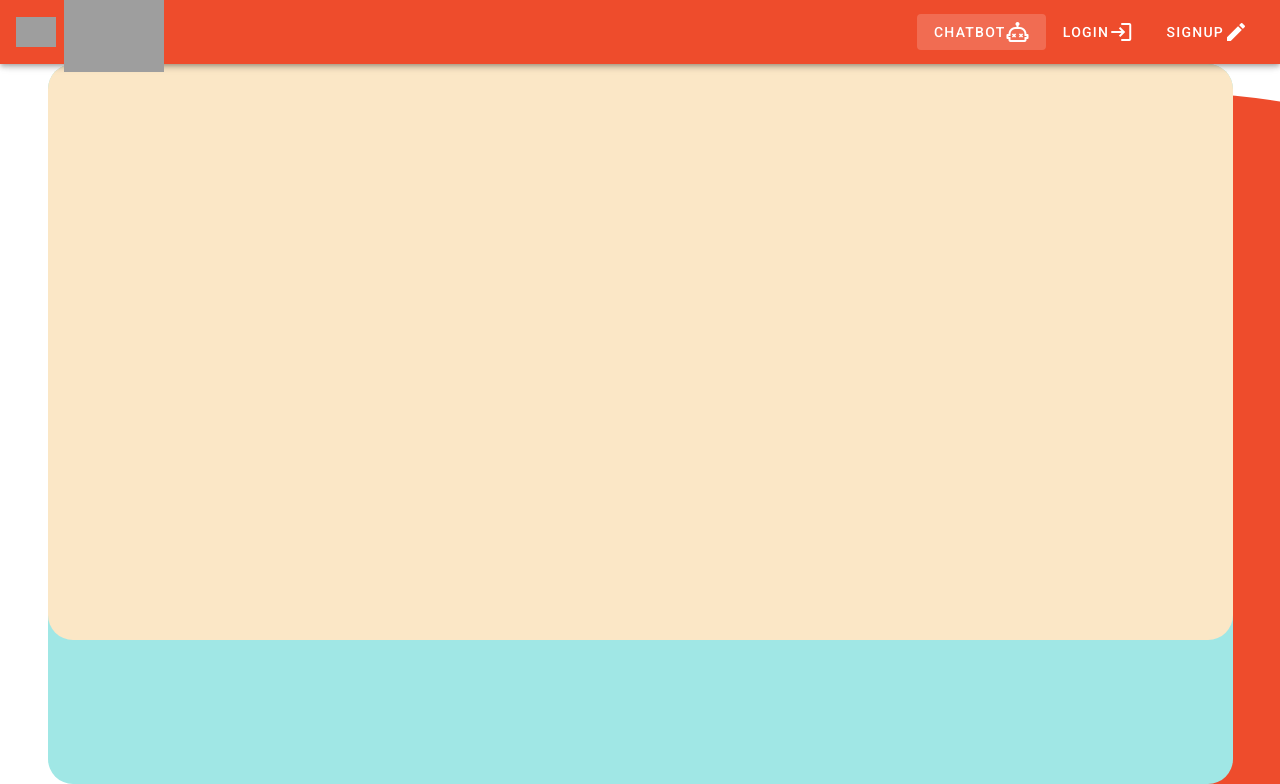
Repository: atout811/pyTorch-Hackathon
Page: /chatbot (app in frontend/)
These files come from the project's save history. The page is drawn as it stood at one moment and after the next save; the edit follows.
The browser window is 1280 px wide. The pictures show the whole page.
Pictures or frames that could not be fetched are drawn as grey boxes. The project was rebuilt for these pictures with package versions that can differ from the ones it lists, and the page was loaded fresh each time. Also part of the build but not shown: frontend/vue.config.js, frontend/src/views/Home.vue.

Above is the page before, as saved 2021-10-21 14:55:16.

### frontend/src/main.js
import Vue from 'vue'
import App from './App.vue'
import './registerServiceWorker'
import router from './router'
import store from './store'
import vuetify from './plugins/vuetify'
import instance from './plugins/axios'

Vue.config.productionTip = false
Vue.prototype.$axios = instance;

new Vue({
  router,
  store,
  vuetify,
  render: function (h) { return h(App) }
}).$mount('#app')

### frontend/src/App.vue
<template>
  <v-app>
    <v-app-bar app color="primary" dark>
      <div class="d-flex align-center">
        <v-img
          alt="Vuetify Logo"
          class="shrink mr-2"
          contain
          src="https://cdn.vuetifyjs.com/images/logos/vuetify-logo-dark.png"
          transition="scale-transition"
          width="40"
        />

        <v-img
          alt="Vuetify Name"
          class="shrink mt-1 hidden-sm-and-down"
          contain
          min-width="100"
          src="https://cdn.vuetifyjs.com/images/logos/vuetify-name-dark.png"
          width="100"
        />
      </div>

      <v-spacer></v-spacer>
      <v-btn to="/chatbot" text>
        <v-text>Chatbot</v-text>
        <v-icon>mdi-robot-dead-outline</v-icon>
      </v-btn>
      <v-btn to="/login" text>
        <v-text>Login</v-text>
        <v-icon>mdi-login</v-icon>
      </v-btn>
      <v-btn to="/signup" text>
        <v-text>Signup</v-text>
        <v-icon>mdi-pencil</v-icon>
      </v-btn>
    </v-app-bar>

    <v-main class="bubble">
      <router-view />
    </v-main>
  </v-app>
</template>

<script>
export default {
  name: "App",

  data: () => ({
    //
  }),
};
</script>
<style>
.bubble::before {
  background-color: var(--v-primary-base);
  clip-path: circle(80% at 90% 120%);
  width: 100%;
  height: 100%;
  content: "";
  position: absolute;
  box-sizing: none;
  top: 0;
  left: 0;
}
</style>

### frontend/src/router/index.js
import Vue from "vue";
import VueRouter from "vue-router";
import Home from "../views/Home.vue";

Vue.use(VueRouter);

const routes = [
  {
    path: "/",
    name: "Home",
    component: Home,
  },
  {
    path: "/about",
    name: "About",
    // route level code-splitting
    // this generates a separate chunk (about.[hash].js) for this route
    // which is lazy-loaded when the route is visited.
    component: function() {
      return import(/* webpackChunkName: "about" */ "../views/About.vue");
    },
  },
  {
    path: "/login",
    name: "Login",
    // route level code-splitting
    // this generates a separate chunk (Login.[hash].js) for this route
    // which is lazy-loaded when the route is visited.
    component: function() {
      return import(/* webpackChunkName: "Login" */ "../views/Login.vue");
    },
  },
  {
    path: "/signup",
    name: "Signup",
    // route level code-splitting
    // this generates a separate chunk (Signup.[hash].js) for this route
    // which is lazy-loaded when the route is visited.
    component: function() {
      return import(/* webpackChunkName: "Signup" */ "../views/Signup.vue");
    },
  },
  {
    path: "/chatbot",
    name: "chatbot",
    // route level code-splitting
    // this generates a separate chunk (Signup.[hash].js) for this route
    // which is lazy-loaded when the route is visited.
    component: function() {
      return import(/* webpackChunkName: "Signup" */ "../views/Chatbot.vue");
    },
  },
];

const router = new VueRouter({
  mode: "history",
  base: process.env.BASE_URL,
  routes,
});

export default router;

### frontend/src/plugins/vuetify.js
import Vue from 'vue';
import Vuetify from 'vuetify/lib/framework';

Vue.use(Vuetify);

export default new Vuetify({
    theme: {
        themes: {
            light: {
                primary: "#ee4c2c"
            }
        }, options: {
            customProperties: true
        },
    }
});

### frontend/src/plugins/axios.js
import axios from "axios";

const instance = axios.create({
    headers: {
        "Content-Type": "application/json"
    }
})

export default instance;

### frontend/src/views/Chatbot.vue
<template>
  <div class="container">
    <div class="chat-container"></div>
  </div>
</template>

<script>
export default {
  name: "chatbot",
  data() {
    return {
      chat: [],
    };
  },
};
</script>

<style>
.container {
  height: 100vh;
  width: 100vw;
  padding: 0;
  /* margin: 10px; */
  background-color: #a0e7e5;
  border-radius: 25px;
}
.chat-container {
  height: 80%;
  width: 100%;
  /* margin: 10px; */
  background-color: #fbe7c6;
  border-radius: 25px;
}
</style>

Loaded but not shown: frontend/public/index.html (common file); frontend/src/registerServiceWorker.js (common file); frontend/src/store/index.js (common file)

After the next save:
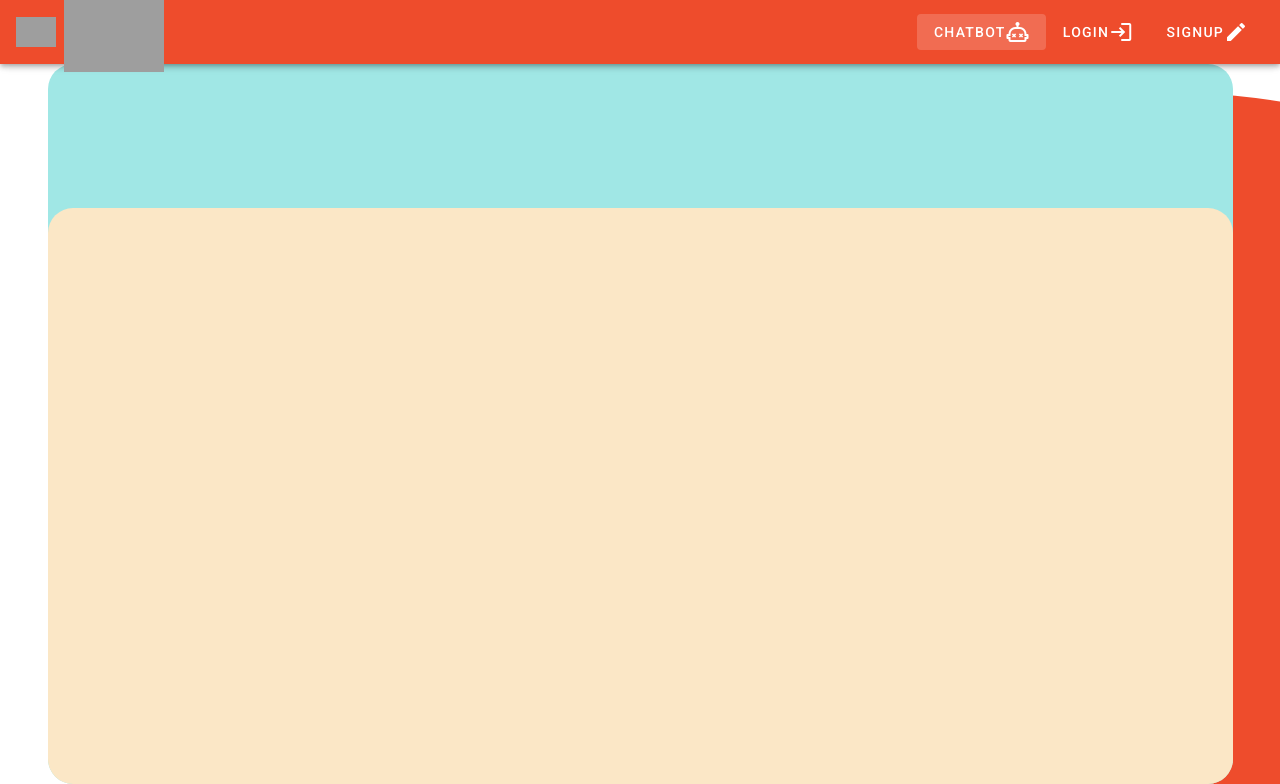
Saved 22 s later.
--- a/frontend/src/views/Chatbot.vue
+++ b/frontend/src/views/Chatbot.vue
@@ -23,6 +23,8 @@ export default {
   /* margin: 10px; */
   background-color: #a0e7e5;
   border-radius: 25px;
+  display: flex;
+  align-items: flex-end;
 }
 .chat-container {
   height: 80%;
